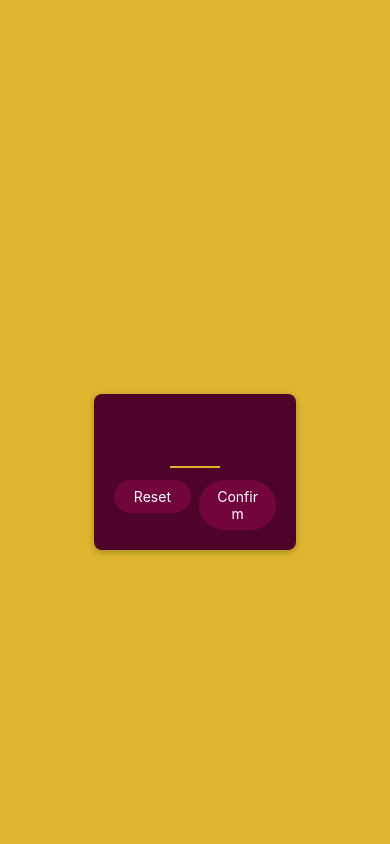
Repository: GarlicButterBoy/Number-Guessing-Game
Screen: /
These files come from the project's save history. The screen is drawn as it stood at one moment and after a run of saves; the edit follows.
The app was drawn by React Native's web renderer in a window 390 px wide. The project was rebuilt for these pictures with package versions that can differ from the ones it lists, and the page was loaded fresh each time.

Above is the screen before, as saved 2024-05-03 09:27:23.

After the next 2 saves:
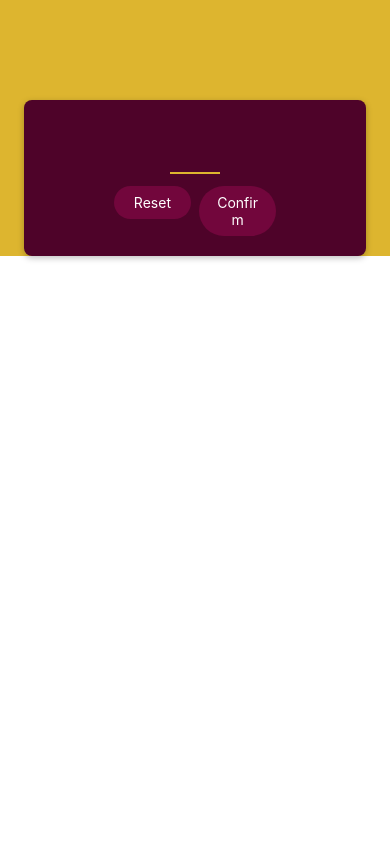
The 2 saves are shown as one change because they came seconds apart.
The last was saved 13 s later.
--- a/App.js
+++ b/App.js
@@ -11,9 +11,6 @@ export default function App() {
 
 const styles = StyleSheet.create({
   rootScreen: {
-    flex: 1,
     backgroundColor: "#ddb52f",
-    alignItems: "center",
-    justifyContent: "center",
   },
 });
